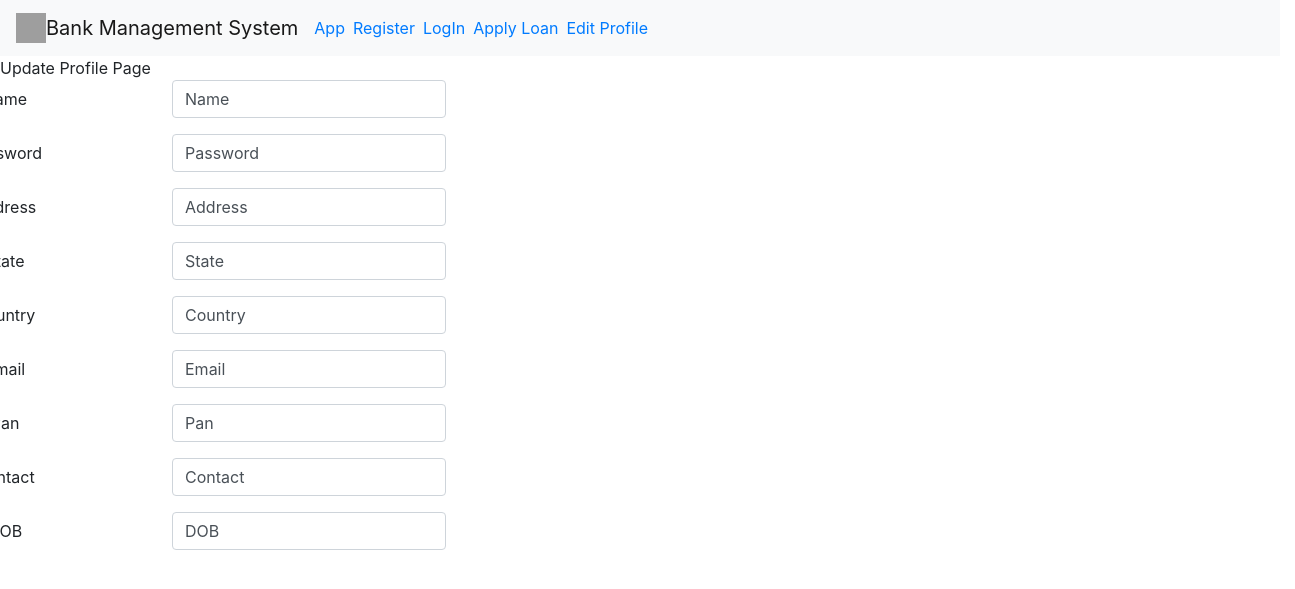
Repository: Nilkumar-Sharma/Bank-Management-System-Frontend-React
Page: /edit
The author's editor kept a copy of each file at every save. The page is drawn from the files as they stood at one save, then again after the next save.
The browser window is 1280 px wide. The page is 1295 px wide, so the pictures cover 1295 px, including what lies to the right of the window. The pictures show the whole page.
Pictures or frames that could not be fetched are drawn as grey boxes. The project was rebuilt for these pictures with package versions that can differ from the ones it lists, and the page was loaded fresh each time. Also part of the build but not shown: src/App.css, src/components/Shared/MyButton/MyButton.js, src/Counter/Counter.js, src/App.js, src/components/Register/Register.module.scss, src/components/Register/Register.js, src/components/LogIn/LogIn.module.scss, src/components/LogIn/LogIn.js and 2 more.

Above is the page before, as saved 2020-07-28 13:35:42.

### src/index.js
import React from 'react';
import ReactDOM from 'react-dom';
import './index.css';
import App from './App';
import * as serviceWorker from './serviceWorker';
import { Provider } from 'react-redux'
import { createStore } from 'redux'
import rootReducer from './store/reducer'
import { BrowserRouter, Switch,Route,Link } from 'react-router-dom';
import Register from './components/Register/Register'
import { createBrowserHistory } from 'history';
import 'bootstrap/dist/css/bootstrap.min.css';
import LogIn from './components/LogIn/LogIn';
import Loan from './components/Loan/Loan'
import UpdateProfile from './components/Profile/UpdateProfile';

const store = createStore(rootReducer);
store.subscribe(_=>console.log(store.getState()))

ReactDOM.render(
  <Provider store={store}>
    <React.StrictMode>
      <BrowserRouter>

        <nav className="navbar navbar-expand-lg navbar-light bg-light ">
          {/* header */}
          <a className="navbar-brand" href="#">
            <img src="/docs/4.0/assets/brand/bootstrap-solid.svg" width="30" height="30" className="d-inline-block align-top" alt=""></img>
              Bank Management System
  </a>

          <ul className="navbar-nav  mr-auto">
          <li className="nav-item mr-2">
            <Link to="/">App</Link>
            </li>
            <li className="nav-item mr-2">
            <Link to="/register">Register</Link>
          </li>
            <li className="nav-item mr-2">
            <Link to="/login">LogIn</Link>
            </li>
            <li className="nav-item mr-2">
              <Link to="/loan">Apply Loan</Link>
            </li>
            <li className="nav-item mr-2">
              <Link to="/edit">Edit Profile</Link>
            </li>
          </ul>
        </nav>


      {/* A <Switch> looks through its children <Route>s and
            renders the first one that matches the current URL. */}
      <Switch>
        <Route exact path="/">
          <App />
          </Route>
          <Route exact path="/register">
            <Register />
          </Route>
          <Route path="/login">
            <LogIn/>
          </Route>
          <Route path="/loan">
            <Loan></Loan>
          </Route>
          <Route path="/edit">
            <UpdateProfile></UpdateProfile>
          </Route>
      </Switch>
      </BrowserRouter>
    </React.StrictMode>

  </Provider>,
  document.getElementById('root')
);

// If you want your app to work offline and load faster, you can change
// unregister() to register() below. Note this comes with some pitfalls.
// Learn more about service workers: https://bit.ly/CRA-PWA
serviceWorker.unregister();

### src/store/reducer.js
const initialState = {
    counter: 0
};

const rootReducer = (state = initialState, action) => {
    switch (action.type){
    case "INC":
            return { counter: state.counter + 1 }
        case "DEC":
            return { counter: state.counter - 1 }
        default:
            return state
}
}
export default rootReducer;

### src/components/Profile/UpdateProfile.js
import React, { Component } from 'react'
import InputField from '../Shared/InputField/InputField'
/**
 * As a Customer, I should be able to login so that I can update my account details in the system
 * Acceptance criteria: When the Customer logs in, he should be able to update his account details.
 *  extra  Name, Username, Password, Address, State, Country, Email Address, PAN, Contact No, DOB,
 * Account Type etc
 */
class UpdateProfile extends Component{
    constructor(props) {
        super(props);
        this.state = {
            // name:""
        }
        this.handleInputField.bind(this);
    }
    // setS(data) {
        // console.log("daata")
        // this.setState(data)
    // }
     handleInputField = (event)=> {
        this.setState({
                [event.target.name]:event.target.value
        },()=>console.log(this.state));
        //  console.log(this.eve)

    }

    render() {
        return (<div>
            {this.state.Name}
            Update Profile Page
            <InputField Label="Name" name="Name" changes={this.handleInputField}></InputField>
            <InputField Label="Password" name="Password" changes={this.handleInputField}></InputField>
            <InputField Label="Address" name="Address"   changes={this.handleInputField}></InputField>
            <InputField Label="State" name="State"   changes={this.handleInputField}></InputField>

            <InputField Label="Country" name="Country"   changes={this.handleInputField}></InputField>
            <InputField Label="Email" name="Email"   changes={this.handleInputField}></InputField>
            <InputField Label="Pan" name="Pan"   changes={this.handleInputField}></InputField>
            <InputField Label="Contact" name="Contact"   changes={this.handleInputField}></InputField>
            <InputField Label="DOB" name="DOB"   changes={this.handleInputField}></InputField>

        </div>)
    }
}
export default UpdateProfile;

### src/components/Shared/InputField/InputField.js
import React, { Component } from 'react';
import './InputField.css'
class InputField extends Component {
    static defaultProps = {
        type: "text",
        changes:(e)=>console.log(e.target),
        label: "Label",
        classes: "",
        value: "",
        id: "setId",
        name: "name",
        placeHolder: "P laceHolder Here",
    }
    constructor(props) {
        super(props);
        this.state = {
            value: this.props.Label
        }

    }
    handleChange(event) {
        this.setState({ value: event.target.value });
        this.props.changes(event);
    }

    render() {
        return (
            // <div className="container-fluid">
            <div className="row">
                <div class="form-group form-inline" >
                <div className="col-6">
                    <label htmlFor={this.props.id}>{this.props.Label}</label>

                </div>
                <div className="col-6">
                        <input className="form-control" name={this.props.name} id={this.props.id} type={this.props.type} onChange={
                        // (this.props.changes) || ((e)=>{this.setState({value:e.target.value})})
                        (event) =>
                            this.handleChange(event)
                    } placeholder={this.props.placeHolder} value={this.state.value}></input>

                    </div>
                </div>
            </div>
        )
    }
}
export default InputField;

### src/components/Shared/InputField/InputField.css
label{
    width: 10px;
}

Loaded but not shown: public/index.html (common file); src/index.css (common file); src/serviceWorker.js (common file)

After the next save:
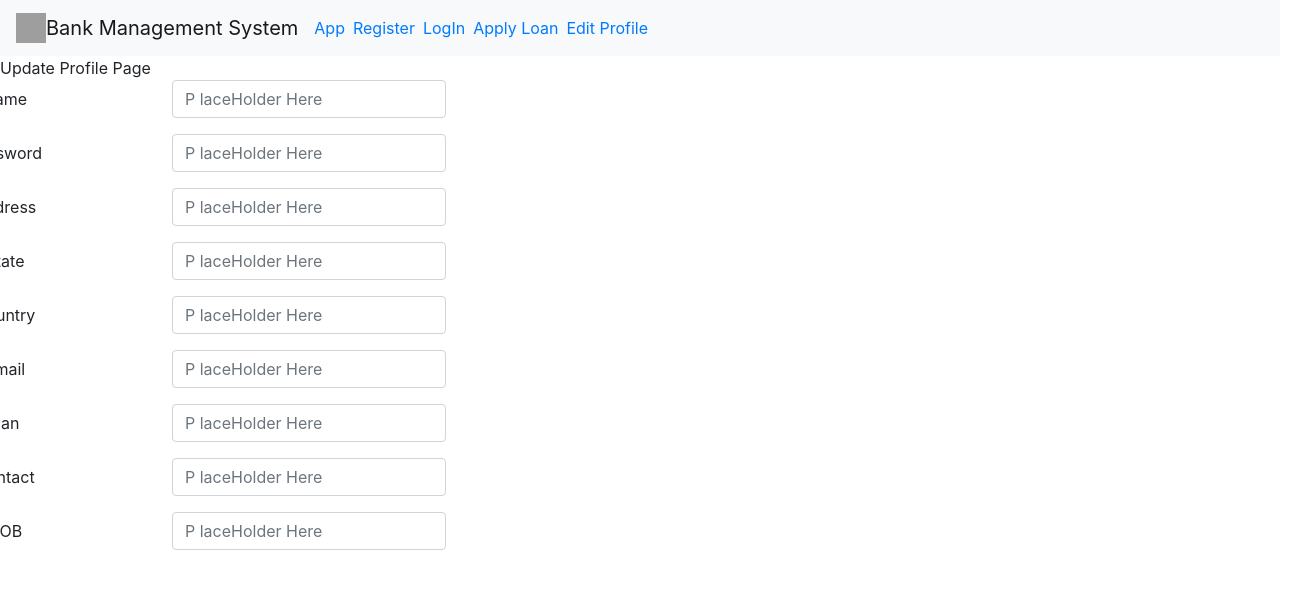
Saved 35 s later.
--- a/src/components/Shared/InputField/InputField.js
+++ b/src/components/Shared/InputField/InputField.js
@@ -14,7 +14,7 @@ class InputField extends Component {
     constructor(props) {
         super(props);
         this.state = {
-            value: this.props.Label
+            value: ""
         }
 
     }
